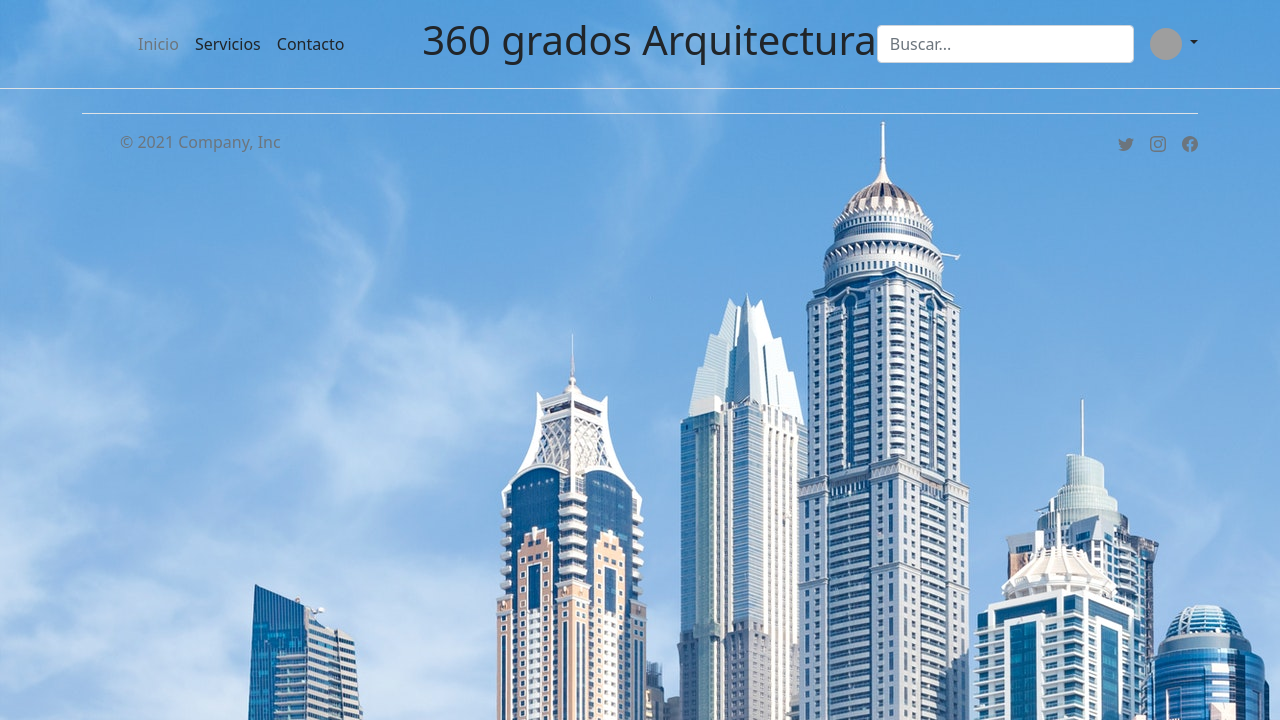
Repository: RaquelAlvarezz/Recuperaci-n-Bootstrap
Page: http://localhost/servicios.php
An editor plug-in stored every save of this project. The page is shown before and after the next save, followed by the edit.
The browser window is 1280 px wide. The pictures show the whole page.
Pictures or frames that could not be fetched are drawn as grey boxes. The page is run by PHP 8.4 with error messages shown; the project is at /var/www/html/.

Above is the page before, as saved 2022-02-17 12:10:21.

### servicios.php
<!DOCTYPE html>
<html lang="es">
<head>
    <meta charset="UTF-8">
    <meta name="viewport" content="width=device-width, initial-scale=1.0">
    <link href="https://cdn.jsdelivr.net/npm/bootstrap@5.1.3/dist/css/bootstrap.min.css" rel="stylesheet" integrity="sha384-1BmE4kWBq78iYhFldvKuhfTAU6auU8tT94WrHftjDbrCEXSU1oBoqyl2QvZ6jIW3" crossorigin="anonymous">
    <link rel="stylesheet" href="./css/styles.css">
    <link rel="icon" type="image/jpg" href="./img/bosquejo.png"/>
    <title>360 grados Arquitectura</title>

</head>
<body>

<?php include "header.php"; ?>

<main>


    </main>
    <?php include "footer.php"; ?>


</body>
</html>

### header.php

<header class="p-3 mb-3 border-bottom">
        <div class="container">
          <div class="d-flex flex-wrap align-items-center justify-content-center justify-content-lg-start">
            <a href="/" class="d-flex align-items-center mb-2 mb-lg-0 text-dark text-decoration-none">
              <svg class="bi me-2" width="40" height="32" role="img" aria-label="Bootstrap"><use xlink:href="#bootstrap"/></svg>
            </a>

            <ul class="nav col-12 col-lg-auto me-lg-auto mb-2 justify-content-center mb-md-0">
              <li><a href="./index.php" class="nav-link px-2 link-secondary">Inicio</a></li>
              <li><a href="./servicios.php" class="nav-link px-2 link-dark">Servicios</a></li>
              <li><a href="./contacto.php" class="nav-link px-2 link-dark">Contacto</a></li>

            </ul>
    <div><h1>360 grados Arquitectura </h1></div>
            <form class="col-12 col-lg-auto mb-3 mb-lg-0 me-lg-3">
              <input type="search" class="form-control" placeholder="Buscar..." aria-label="Search">
            </form>

            <div class="dropdown text-end">
              <a href="#" class="d-block link-dark text-decoration-none dropdown-toggle" id="dropdownUser1" data-bs-toggle="dropdown" aria-expanded="false">
                <img src="img/perfil.png" alt="mdo" width="32" height="32" class="rounded-circle">
              </a>
              <ul class="dropdown-menu text-small" aria-labelledby="dropdownUser1">
                <li><a class="dropdown-item" href="#">New project...</a></li>
                <li><a class="dropdown-item" href="#">Settings</a></li>
                <li><a class="dropdown-item" href="#">Profile</a></li>
                <li><hr class="dropdown-divider"></li>
                <li><a class="dropdown-item" href="#">Sign out</a></li>
              </ul>
            </div>
          </div>
        </div>
      </header>

### footer.php
<div class="container">
        <footer class="d-flex flex-wrap justify-content-between align-items-center py-3 my-4 border-top">
          <div class="col-md-4 d-flex align-items-center">
            <a href="/" class="mb-3 me-2 mb-md-0 text-muted text-decoration-none lh-1">
              <svg class="bi" width="30" height="24"><use xlink:href="#bootstrap"/></svg>
            </a>
            <span class="text-muted">&copy; 2021 Company, Inc</span>
          </div>

          <ul class="nav col-md-4 justify-content-end list-unstyled d-flex">
            <li class="ms-3"><a class="text-muted" href="#"><svg xmlns="http://www.w3.org/2000/svg" width="16" height="16" fill="currentColor" class="bi bi-twitter" viewBox="0 0 16 16">
                <path d="M5.026 15c6.038 0 9.341-5.003 9.341-9.334 0-.14 0-.282-.006-.422A6.685 6.685 0 0 0 16 3.542a6.658 6.658 0 0 1-1.889.518 3.301 3.301 0 0 0 1.447-1.817 6.533 6.533 0 0 1-2.087.793A3.286 3.286 0 0 0 7.875 6.03a9.325 9.325 0 0 1-6.767-3.429 3.289 3.289 0 0 0 1.018 4.382A3.323 3.323 0 0 1 .64 6.575v.045a3.288 3.288 0 0 0 2.632 3.218 3.203 3.203 0 0 1-.865.115 3.23 3.23 0 0 1-.614-.057 3.283 3.283 0 0 0 3.067 2.277A6.588 6.588 0 0 1 .78 13.58a6.32 6.32 0 0 1-.78-.045A9.344 9.344 0 0 0 5.026 15z"/>
              </svg></a></li>
            <li class="ms-3"><a class="text-muted" href="#"><svg xmlns="http://www.w3.org/2000/svg" width="16" height="16" fill="currentColor" class="bi bi-instagram" viewBox="0 0 16 16">
                <path d="M8 0C5.829 0 5.556.01 4.703.048 3.85.088 3.269.222 2.76.42a3.917 3.917 0 0 0-1.417.923A3.927 3.927 0 0 0 .42 2.76C.222 3.268.087 3.85.048 4.7.01 5.555 0 5.827 0 8.001c0 2.172.01 2.444.048 3.297.04.852.174 1.433.372 1.942.205.526.478.972.923 1.417.444.445.89.719 1.416.923.51.198 1.09.333 1.942.372C5.555 15.99 5.827 16 8 16s2.444-.01 3.298-.048c.851-.04 1.434-.174 1.943-.372a3.916 3.916 0 0 0 1.416-.923c.445-.445.718-.891.923-1.417.197-.509.332-1.09.372-1.942C15.99 10.445 16 10.173 16 8s-.01-2.445-.048-3.299c-.04-.851-.175-1.433-.372-1.941a3.926 3.926 0 0 0-.923-1.417A3.911 3.911 0 0 0 13.24.42c-.51-.198-1.092-.333-1.943-.372C10.443.01 10.172 0 7.998 0h.003zm-.717 1.442h.718c2.136 0 2.389.007 3.232.046.78.035 1.204.166 1.486.275.373.145.64.319.92.599.28.28.453.546.598.92.11.281.24.705.275 1.485.039.843.047 1.096.047 3.231s-.008 2.389-.047 3.232c-.035.78-.166 1.203-.275 1.485a2.47 2.47 0 0 1-.599.919c-.28.28-.546.453-.92.598-.28.11-.704.24-1.485.276-.843.038-1.096.047-3.232.047s-2.39-.009-3.233-.047c-.78-.036-1.203-.166-1.485-.276a2.478 2.478 0 0 1-.92-.598 2.48 2.48 0 0 1-.6-.92c-.109-.281-.24-.705-.275-1.485-.038-.843-.046-1.096-.046-3.233 0-2.136.008-2.388.046-3.231.036-.78.166-1.204.276-1.486.145-.373.319-.64.599-.92.28-.28.546-.453.92-.598.282-.11.705-.24 1.485-.276.738-.034 1.024-.044 2.515-.045v.002zm4.988 1.328a.96.96 0 1 0 0 1.92.96.96 0 0 0 0-1.92zm-4.27 1.122a4.109 4.109 0 1 0 0 8.217 4.109 4.109 0 0 0 0-8.217zm0 1.441a2.667 2.667 0 1 1 0 5.334 2.667 2.667 0 0 1 0-5.334z"/>
              </svg></a></li>
            <li class="ms-3"><a class="text-muted" href="#"><svg xmlns="http://www.w3.org/2000/svg" width="16" height="16" fill="currentColor" class="bi bi-facebook" viewBox="0 0 16 16">
                <path d="M16 8.049c0-4.446-3.582-8.05-8-8.05C3.58 0-.002 3.603-.002 8.05c0 4.017 2.926 7.347 6.75 7.951v-5.625h-2.03V8.05H6.75V6.275c0-2.017 1.195-3.131 3.022-3.131.876 0 1.791.157 1.791.157v1.98h-1.009c-.993 0-1.303.621-1.303 1.258v1.51h2.218l-.354 2.326H9.25V16c3.824-.604 6.75-3.934 6.75-7.951z"/>
              </svg></a></li>
          </ul>
        </footer>
      </div>

### css/styles.css
body{
    background-image:url(../img/pexels-aleksandar-pasaric-618079.jpg);
}

After the next save:
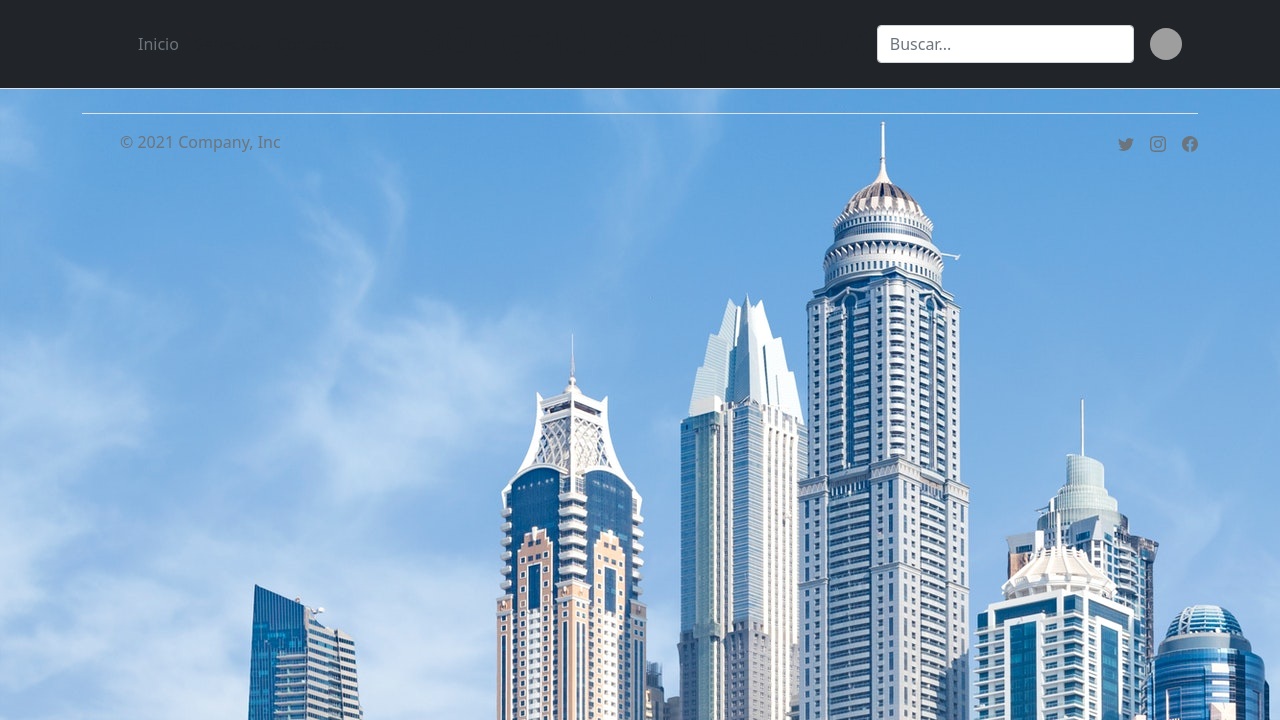
Saved 2 min 49 s later.
--- a/header.php
+++ b/header.php
@@ -1,5 +1,5 @@
 
-<header class="p-3 mb-3 border-bottom">
+<header class="p-3 bg-dark border-bottom">
         <div class="container">
           <div class="d-flex flex-wrap align-items-center justify-content-center justify-content-lg-start">
             <a href="/" class="d-flex align-items-center mb-2 mb-lg-0 text-dark text-decoration-none">
